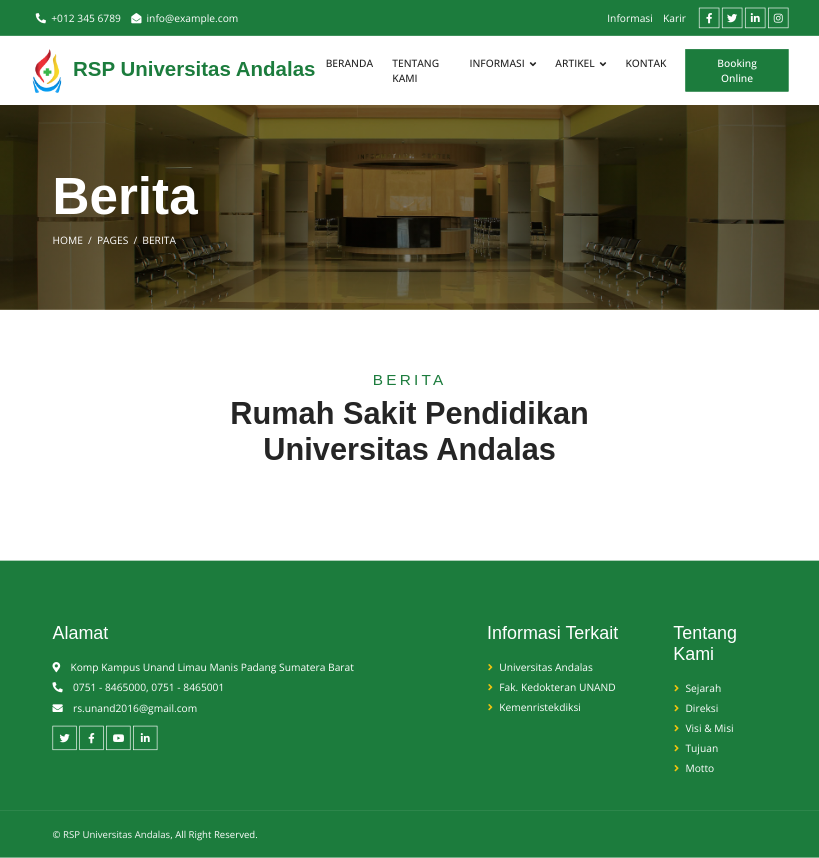
Repository: vivin-erialis/rsunand-site
Page: http://localhost/berita
An editor plug-in stored every save of this project. The page is shown before and after the next save, followed by the edit.
The browser window is 1280 px wide. The pictures show the whole page, at 64% of full size.
Some web fonts or font styles are not loaded; a fallback is used. Some web libraries are served in a nearby version. The page is served by the project's Laravel application, run on PHP 8.4 with Laravel 12. Queries for data that is not in the repository find no rows.

Above is the page before, as saved 2024-04-29 09:40:05.
Console error: TypeError: Cannot read properties of undefined (reading 'version')

After the next save:
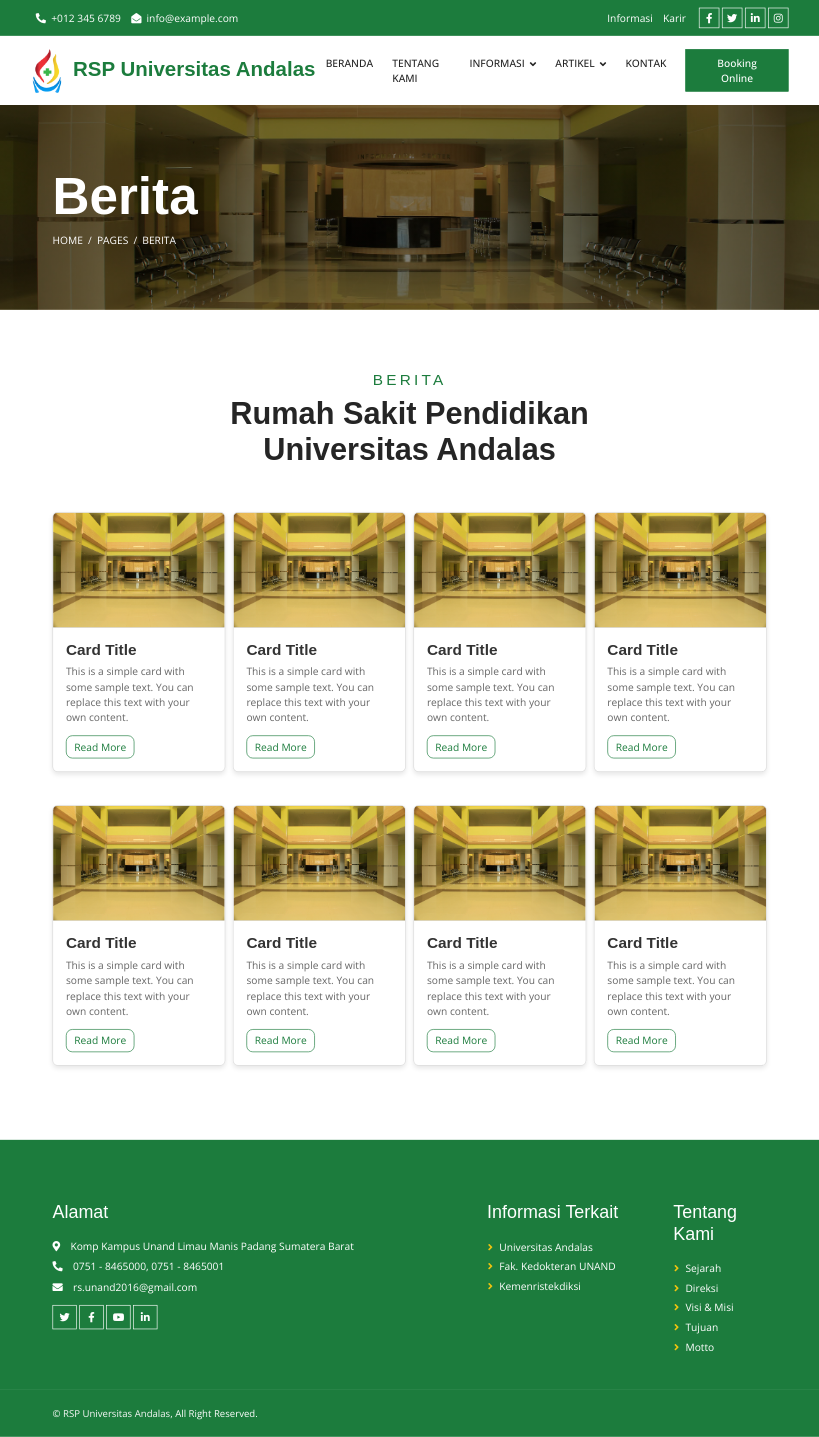
Saved 61 s later.
--- a/resources/views/Frontend/artikel/berita.blade.php
+++ b/resources/views/Frontend/artikel/berita.blade.php
@@ -9,18 +9,81 @@
                 <h4 class="section-title">Berita</h4>
                 <h1 class="display-5 mb-4">Rumah Sakit Pendidikan Universitas Andalas</h1>
             </div>
-            <div class="container-berita">
-                @foreach ($artikel as $item)
-                    <div class="card">
-                        <img loading="lazy" src="{{ asset('/images/artikel/' . $item->gambar) }}">
-                        <div class="card-content">
-                            <h2 class="card-title">{{$item->title}}</h2>
-                            <p class="card-text">{!! $item->desc !!}</p>
-                            <a href="/berita" class="card-button">Read More</a>
-                        </div>
+            <dvi class="container-berita">
+                <div class="card">
+                    <img src="/../assets/img/slide-2.jpg" alt="Placeholder Image" class="card-image">
+                    <div class="card-content">
+                        <h2 class="card-title">Card Title</h2>
+                        <p class="card-text">This is a simple card with some sample text. You can replace this text with your
+                            own content.</p>
+                        <a href="/berita" class="card-button">Read More</a>
                     </div>
-                @endforeach
-            </div>
+                </div>
+                <div class="card">
+                    <img src="/../assets/img/slide-2.jpg" alt="Placeholder Image" class="card-image">
+                    <div class="card-content">
+                        <h2 class="card-title">Card Title</h2>
+                        <p class="card-text">This is a simple card with some sample text. You can replace this text with your
+                            own content.</p>
+                        <a href="/berita" class="card-button">Read More</a>
+                    </div>
+                </div>
+                <div class="card">
+                    <img src="/../assets/img/slide-2.jpg" alt="Placeholder Image" class="card-image">
+                    <div class="card-content">
+                        <h2 class="card-title">Card Title</h2>
+                        <p class="card-text">This is a simple card with some sample text. You can replace this text with your
+                            own content.</p>
+                        <a href="/berita" class="card-button">Read More</a>
+                    </div>
+                </div>
+                <div class="card">
+                    <img src="/../assets/img/slide-2.jpg" alt="Placeholder Image" class="card-image">
+                    <div class="card-content">
+                        <h2 class="card-title">Card Title</h2>
+                        <p class="card-text">This is a simple card with some sample text. You can replace this text with your
+                            own content.</p>
+                        <a href="/berita" class="card-button">Read More</a>
+                    </div>
+                </div>
+                <div class="card">
+                    <img src="/../assets/img/slide-2.jpg" alt="Placeholder Image" class="card-image">
+                    <div class="card-content">
+                        <h2 class="card-title">Card Title</h2>
+                        <p class="card-text">This is a simple card with some sample text. You can replace this text with your
+                            own content.</p>
+                        <a href="/berita" class="card-button">Read More</a>
+                    </div>
+                </div>
+                <div class="card">
+                    <img src="/../assets/img/slide-2.jpg" alt="Placeholder Image" class="card-image">
+                    <div class="card-content">
+                        <h2 class="card-title">Card Title</h2>
+                        <p class="card-text">This is a simple card with some sample text. You can replace this text with your
+                            own content.</p>
+                        <a href="/berita" class="card-button">Read More</a>
+                    </div>
+                </div>
+                <div class="card">
+                    <img src="/../assets/img/slide-2.jpg" alt="Placeholder Image" class="card-image">
+                    <div class="card-content">
+                        <h2 class="card-title">Card Title</h2>
+                        <p class="card-text">This is a simple card with some sample text. You can replace this text with your
+                            own content.</p>
+                        <a href="/berita" class="card-button">Read More</a>
+                    </div>
+                </div>
+                <div class="card">
+                    <img src="/../assets/img/slide-2.jpg" alt="Placeholder Image" class="card-image">
+                    <div class="card-content">
+                        <h2 class="card-title">Card Title</h2>
+                        <p class="card-text">This is a simple card with some sample text. You can replace this text with your
+                            own content.</p>
+                        <a href="/berita" class="card-button">Read More</a>
+                    </div>
+                </div>
+
+            </dvi>
         </div>
     </div>
 @endsection

After the save that followed:
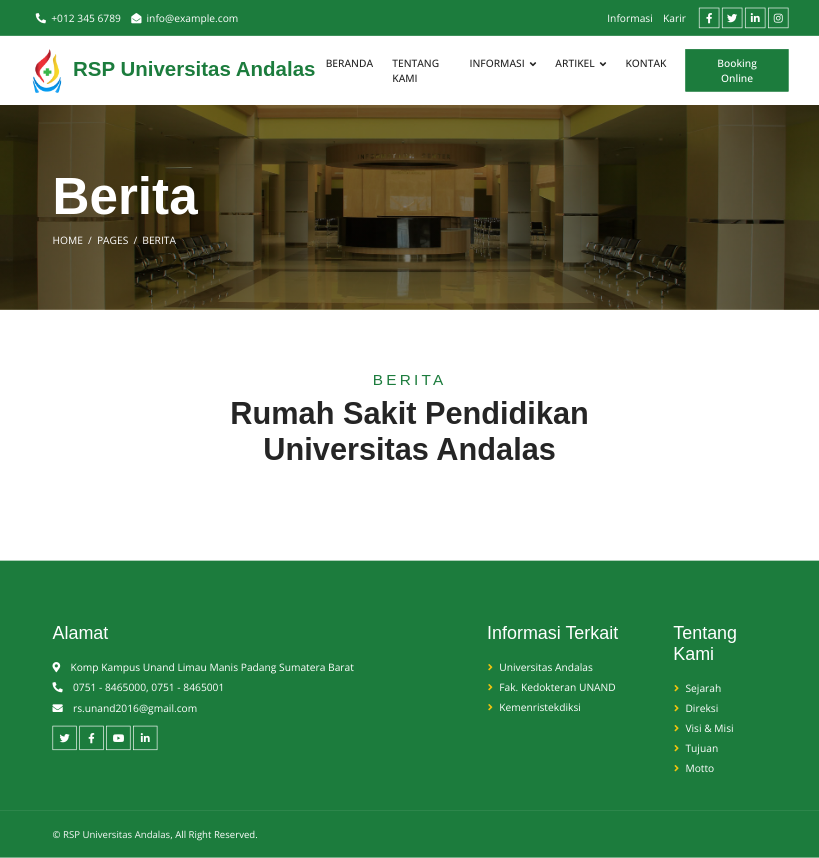
Saved 21 s later.
--- a/resources/views/Frontend/artikel/berita.blade.php
+++ b/resources/views/Frontend/artikel/berita.blade.php
@@ -9,81 +9,18 @@
                 <h4 class="section-title">Berita</h4>
                 <h1 class="display-5 mb-4">Rumah Sakit Pendidikan Universitas Andalas</h1>
             </div>
-            <dvi class="container-berita">
-                <div class="card">
-                    <img src="/../assets/img/slide-2.jpg" alt="Placeholder Image" class="card-image">
-                    <div class="card-content">
-                        <h2 class="card-title">Card Title</h2>
-                        <p class="card-text">This is a simple card with some sample text. You can replace this text with your
-                            own content.</p>
-                        <a href="/berita" class="card-button">Read More</a>
+            <div class="container-berita">
+                @foreach ($artikel as $item)
+                    <div class="card">
+                        <img loading="lazy" class="card-img" src="{{ asset('/images/artikel/' . $item->gambar) }}">
+                        <div class="card-content">
+                            <h2 class="card-title">{{$item->title}}</h2>
+                            <p class="card-text">{!! $item->desc !!}</p>
+                            <a href="/berita" class="card-button">Read More</a>
+                        </div>
                     </div>
-                </div>
-                <div class="card">
-                    <img src="/../assets/img/slide-2.jpg" alt="Placeholder Image" class="card-image">
-                    <div class="card-content">
-                        <h2 class="card-title">Card Title</h2>
-                        <p class="card-text">This is a simple card with some sample text. You can replace this text with your
-                            own content.</p>
-                        <a href="/berita" class="card-button">Read More</a>
-                    </div>
-                </div>
-                <div class="card">
-                    <img src="/../assets/img/slide-2.jpg" alt="Placeholder Image" class="card-image">
-                    <div class="card-content">
-                        <h2 class="card-title">Card Title</h2>
-                        <p class="card-text">This is a simple card with some sample text. You can replace this text with your
-                            own content.</p>
-                        <a href="/berita" class="card-button">Read More</a>
-                    </div>
-                </div>
-                <div class="card">
-                    <img src="/../assets/img/slide-2.jpg" alt="Placeholder Image" class="card-image">
-                    <div class="card-content">
-                        <h2 class="card-title">Card Title</h2>
-                        <p class="card-text">This is a simple card with some sample text. You can replace this text with your
-                            own content.</p>
-                        <a href="/berita" class="card-button">Read More</a>
-                    </div>
-                </div>
-                <div class="card">
-                    <img src="/../assets/img/slide-2.jpg" alt="Placeholder Image" class="card-image">
-                    <div class="card-content">
-                        <h2 class="card-title">Card Title</h2>
-                        <p class="card-text">This is a simple card with some sample text. You can replace this text with your
-                            own content.</p>
-                        <a href="/berita" class="card-button">Read More</a>
-                    </div>
-                </div>
-                <div class="card">
-                    <img src="/../assets/img/slide-2.jpg" alt="Placeholder Image" class="card-image">
-                    <div class="card-content">
-                        <h2 class="card-title">Card Title</h2>
-                        <p class="card-text">This is a simple card with some sample text. You can replace this text with your
-                            own content.</p>
-                        <a href="/berita" class="card-button">Read More</a>
-                    </div>
-                </div>
-                <div class="card">
-                    <img src="/../assets/img/slide-2.jpg" alt="Placeholder Image" class="card-image">
-                    <div class="card-content">
-                        <h2 class="card-title">Card Title</h2>
-                        <p class="card-text">This is a simple card with some sample text. You can replace this text with your
-                            own content.</p>
-                        <a href="/berita" class="card-button">Read More</a>
-                    </div>
-                </div>
-                <div class="card">
-                    <img src="/../assets/img/slide-2.jpg" alt="Placeholder Image" class="card-image">
-                    <div class="card-content">
-                        <h2 class="card-title">Card Title</h2>
-                        <p class="card-text">This is a simple card with some sample text. You can replace this text with your
-                            own content.</p>
-                        <a href="/berita" class="card-button">Read More</a>
-                    </div>
-                </div>
-
-            </dvi>
+                @endforeach
+            </div>
         </div>
     </div>
 @endsection
